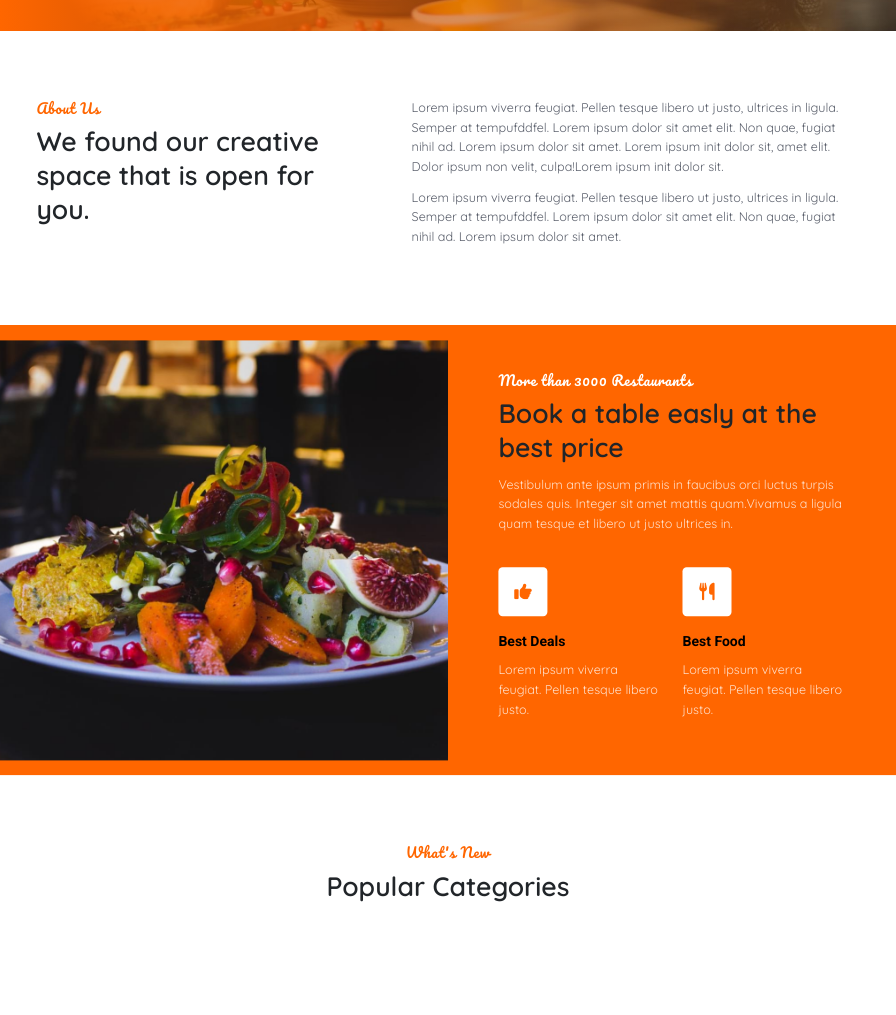
Repository: minhtrivu6199/Diner
Page: index.html
An editor plug-in stored every save of this project. The page is shown before and after the next save, followed by the edit.
The browser window is 1280 px wide. The pictures show the part of the page from y = 655 to 2575 px (the page is 2105 px tall before and 2575 px after), at 70% of full size.
Backgrounds fixed to the window are drawn as part of the page. The style sheet was rebuilt from its Sass, Less or Tailwind sources for each picture, by a compiler version that may differ from the author's.

Above is the page before, as saved 2022-10-10 16:49:43.

After the next save:
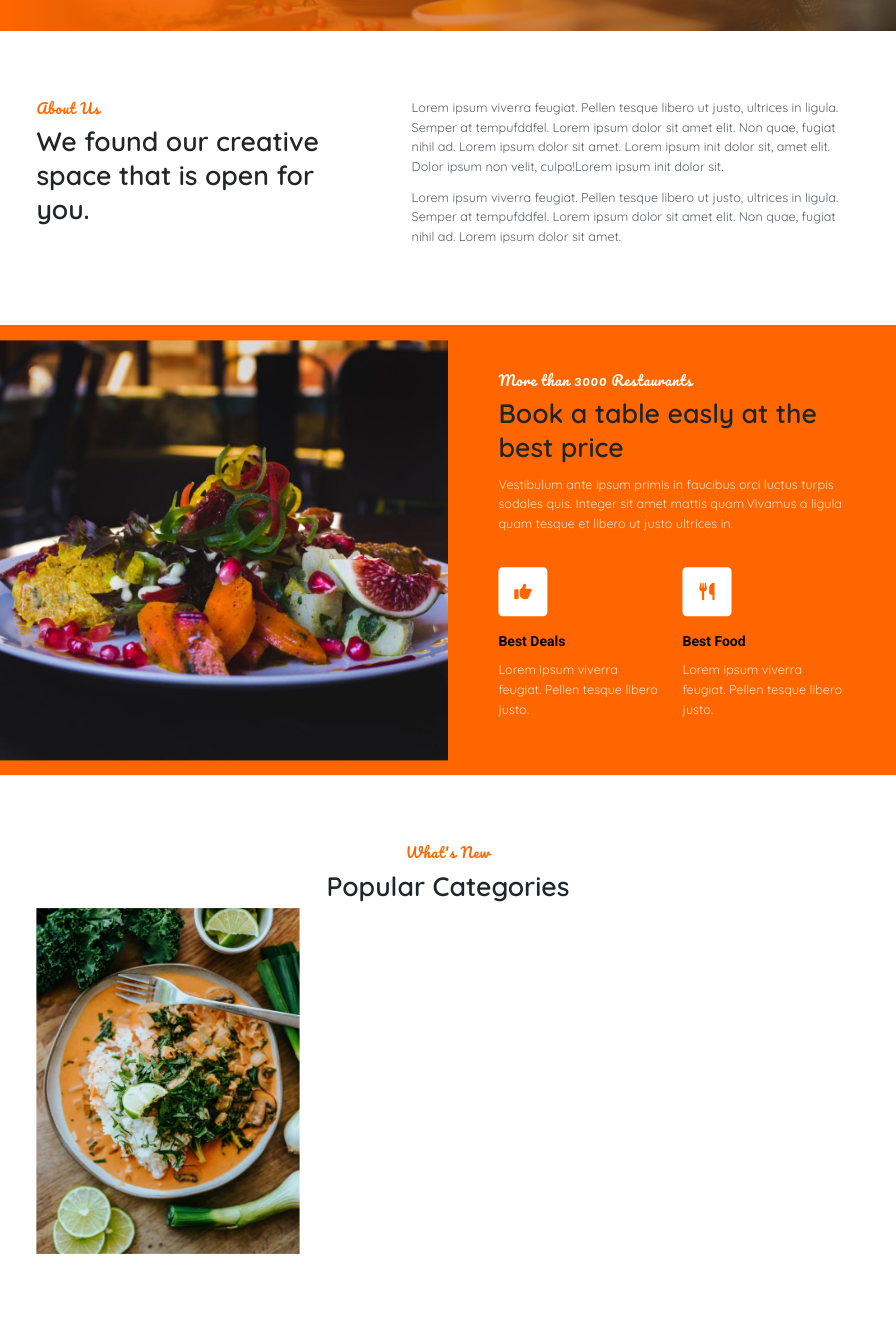
Saved 12 s later.
--- a/index.html
+++ b/index.html
@@ -211,7 +211,7 @@
           <div class="col-lg-4 col-6 mt-lg-0 mt-4">
             <div class="product-card">
               <a href="#">
-                <img src="" alt="" class="img img-fluid">
+                <img src="./img/g1.jpg" alt="" class="img img-fluid">
               </a>
             </div>
           </div>
